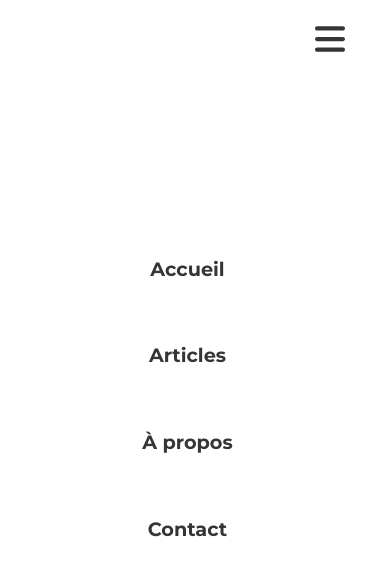
Repository: DorianABDS/Portfolio-ABBADESSA-Dorian
Page: index.html
The author's editor kept a copy of each file at every save. The page is drawn from the files as they stood at one save, then again after the next save.
The browser window is 375 px wide. The pictures show the whole page.

Above is the page before, as saved 2024-11-26 00:09:55.

### index.html
<!DOCTYPE html>
<html lang="fr">
<head>
    <meta charset="UTF-8">
    <meta name="viewport" content="width=device-width, initial-scale=1.0">
    <meta charset="UTF-8">
    <meta name="viewport" content="width=device-width, initial-scale=1.0">
    <meta name="keywords" content="Portfolio, ABBADESSA Dorian, Web developper">
    <title>ABBADESSA Dorian - Portfolio</title>
    <link rel="shortcute icon" href="/src/img/Logo Div.png">
    <link rel="stylesheet" href="style.css">
</head>
<body>
    <header class="header">
        <nav class="navbar">
            <a href="index.html" class="logo">ABBADESSA Dorian</a>
            <div class="nav-links">
                <ul>
                    <li><a href="index.html">Accueil</a></li>
                    <li><a href="articles.html">Articles</a></li>
                    <li><a href="apropos.html">À propos</a></li>
                    <li><a href="contact.html">Contact</a></li>
                </ul>
            </div>
            <img src="/src/img/bars-solid.svg" alt="menu hamburger" class="menu-hamburger">
        </nav>
        <div class="social">
            <a href="#" title="Facebook"><img src="/src/img/icone Github.png" alt=""></a>
            <a href="#" title="Twitter"><img src="src/img/icone Linkedin.png" alt=""></a>
        </div>
    </header>
</body>
<script>
    const menuHamburger = document.querySelector(".menu-hamburger")
    const navLinks = document.querySelector(".nav-links")
    const social = document.querySelector(".social")

    menuHamburger.addEventListener('click',()=>{
    navLinks.classList.toggle('mobile-menu')
    })
</script>
</html>

### style.css
@font-face {
    font-family: "Montserrat";
    src: url(/src/font/Montserrat-VariableFont_wght.ttf);
}

* {
    margin: 0;
    padding: 0;
    text-decoration: none;
    list-style: none;
    box-sizing: border-box;

}

html, body {
    font-size: 19.3px;
    color: rgba(0, 0, 0, .87);
    font-family: "Montserrat", sans-serif;
    line-height: 1.8;
    font-weight: 400;
}

.navbar {
    background: rgb(145, 145, 145);
    backdrop-filter: blur(10px);
    top: 0;
    left: 0;
    height: 76px;
    width: auto;
    position: fixed;
    padding-left: 30px;
    padding-right: 61px;
    width: 100%;
    display: flex;
    justify-content: space-between;
    align-items: center;
    z-index: 1;
}

.navbar a {
    color: #353535;
    font-weight: 700;
    display: inline;
}

.navbar .nav-links ul li a::after {
    content: "";
    display: block;
    height: 2px;
    background: rgb(255, 255, 255);
    transform: scale(0);
    transition: transform 0.2s ease-in-out;
}

.navbar .nav-links ul li a:hover::after {
    transform: scale(1);
}

.navbar .logo {
    transform: none;
    font-weight: 700;
}

.navbar .nav-links ul {
    display: flex;
    align-items: center;
}

.navbar .nav-links ul li {
    display: flex;
    margin: 0 25px;
}

.navbar .nav-links ul li img {
    display: flex;
    padding: -20px;
    margin-left: -23px;
}

.navbar .menu-hamburger {
    display: none;
    position: absolute;
    top: 22px;
    right: 30px;
    width: 30px;
}

.logo

.social a {
    border: solid;
}

@media  screen and (max-width: 425px) {
    .navbar .menu-hamburger {
        display: block;
    }

    .navbar {
        padding: 0;
    }

    .nav-links {
        position: absolute;
        background-color: #fff;
        backdrop-filter: blur(8px);
        top: 0;
        left: 0;
        width: 100%;
        height: 100vh;
        display: flex;
        justify-content: center;
        align-items: center;

    }

    .nav-links ul {
        display: flex;
        flex-direction: column;
        align-items: center;
    }

    .navbar .nav-links ul li {
        margin: 25px 0;
        font-size: 1.2;
    }
}

### src/img/bars-solid.svg
<svg xmlns="http://www.w3.org/2000/svg" viewBox="0 0 448 512" fill="#353535"><!--!Font Awesome Free 6.7.0 by @fontawesome - https://fontawesome.com License - https://fontawesome.com/license/free Copyright 2024 Fonticons, Inc.--><path d="M0 96C0 78.3 14.3 64 32 64l384 0c17.7 0 32 14.3 32 32s-14.3 32-32 32L32 128C14.3 128 0 113.7 0 96zM0 256c0-17.7 14.3-32 32-32l384 0c17.7 0 32 14.3 32 32s-14.3 32-32 32L32 288c-17.7 0-32-14.3-32-32zM448 416c0 17.7-14.3 32-32 32L32 448c-17.7 0-32-14.3-32-32s14.3-32 32-32l384 0c17.7 0 32 14.3 32 32z"/></svg>

After the next save:
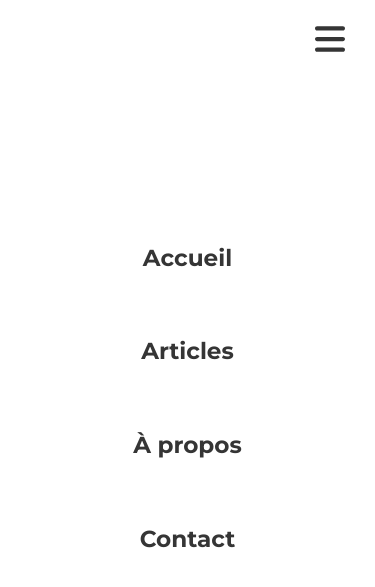
Saved 21 s later.
--- a/style.css
+++ b/style.css
@@ -122,6 +122,6 @@ html, body {
 
     .navbar .nav-links ul li {
         margin: 25px 0;
-        font-size: 1.2;
+        font-size: 1.2em;
     }
 }
